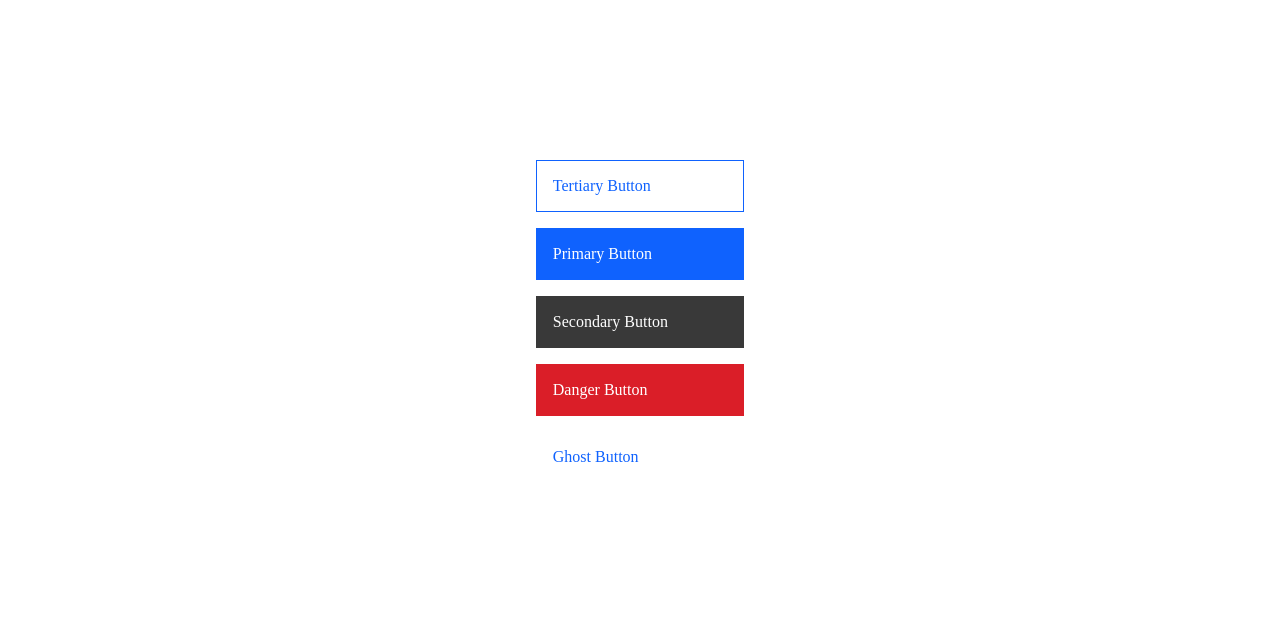
Repository: prav10194/ibm-carbon-components-vanilla
Page: buttons/index.html
The author's editor kept a copy of each file at every save. The page is drawn from the files as they stood at one save, then again after the next save.
The browser window is 1280 px wide. The pictures show the whole page.
Some web fonts or font styles are not loaded; a fallback is used.

Above is the page before, as saved 2020-11-12 19:58:27.

After the next save:
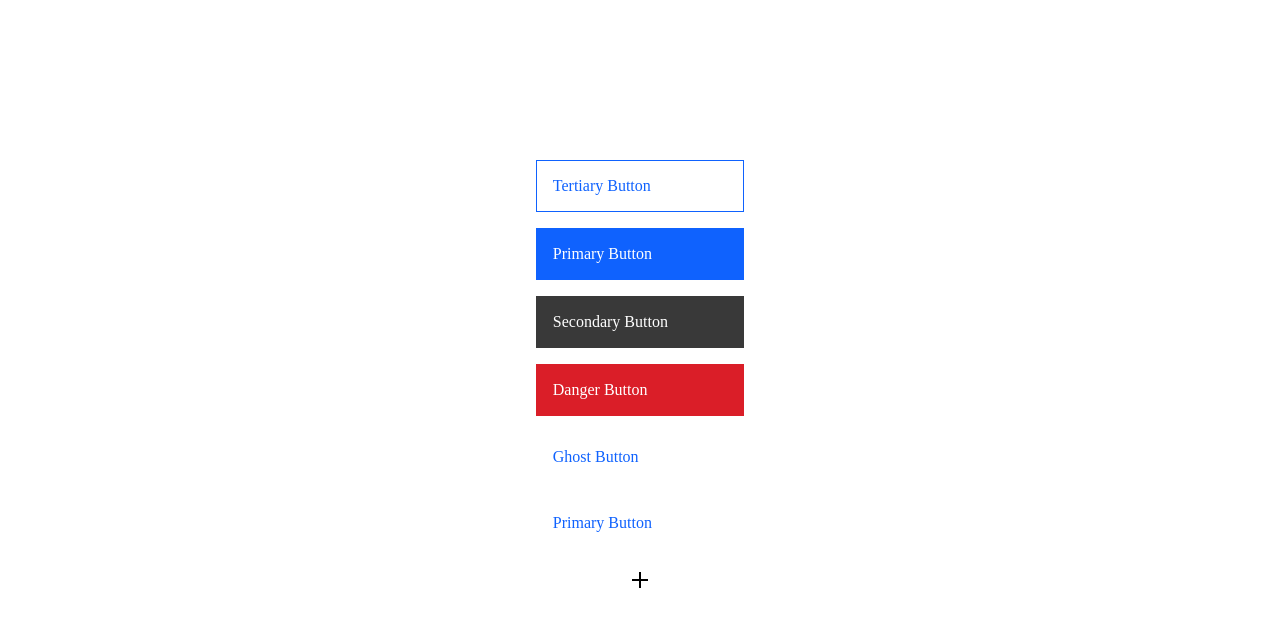
Saved 3 min 0 s later.
--- a/buttons/index.html
+++ b/buttons/index.html
@@ -21,6 +21,7 @@
         <div class="secondary-button">Secondary Button</div>
         <div class="danger-button">Danger Button</div>
         <div class="ghost-button">Ghost Button</div>
+        <div class="ghost-button">Primary Button</div><img src="./assets/add.svg" alt="Kiwi standing on oval">
     </div>
 </body>
 </html>
